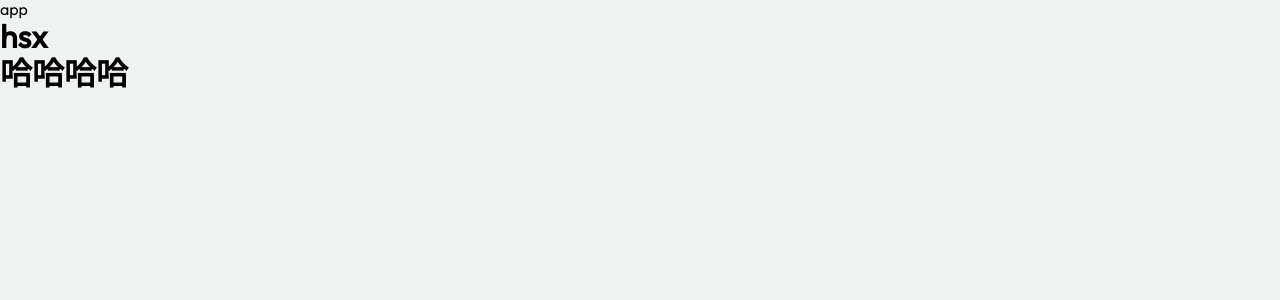
Repository: changesxxx/calendar
Page: /
These files come from the project's save history. The page is drawn as it stood at one moment and after the next save; the edit follows.
The browser window is 1280 px wide. The pictures show the whole page.
The project was rebuilt for these pictures with package versions that can differ from the ones it lists, and the page was loaded fresh each time. Also part of the build but not shown: craco.config.js.

Above is the page before, as saved 2024-06-26 17:26:30.

### public/index.html
<!DOCTYPE html>
<html lang="en">

<head>
  <meta charset="utf-8" />
  <link rel="icon" href="%PUBLIC_URL%/favicon.ico" />
  <meta name="viewport" content="width=device-width, initial-scale=1" />
  <meta name="theme-color" content="#000000" />
  <meta name="description" content="Web site created using create-react-app" />
  <link rel="apple-touch-icon" href="%PUBLIC_URL%/logo192.png" />
  <!--
      manifest.json provides metadata used when your web app is installed on a
      user's mobile device or desktop. See https://developers.google.com/web/fundamentals/web-app-manifest/
    -->
  <link rel="manifest" href="%PUBLIC_URL%/manifest.json" />
  <!--
      Notice the use of %PUBLIC_URL% in the tags above.
      It will be replaced with the URL of the `public` folder during the build.
      Only files inside the `public` folder can be referenced from the HTML.

      Unlike "/favicon.ico" or "favicon.ico", "%PUBLIC_URL%/favicon.ico" will
      work correctly both with client-side routing and a non-root public URL.
      Learn how to configure a non-root public URL by running `npm run build`.
    -->
  <title>SearchBooks</title>
</head>

<body>
  <noscript>You need to enable JavaScript to run this app.</noscript>
  <div id="root"></div>
  <!--
      This HTML file is a template.
      If you open it directly in the browser, you will see an empty page.

      You can add webfonts, meta tags, or analytics to this file.
      The build step will place the bundled scripts into the <body> tag.

      To begin the development, run `npm start` or `yarn start`.
      To create a production bundle, use `npm run build` or `yarn build`.
    -->
</body>

</html>

### src/index.js
import React from 'react'

import ReactDOM from 'react-dom/client'

//css重置
import 'normalize.css'
import '@/assets/css/index.css'

import App from './App'

const root = ReactDOM.createRoot(document.getElementById('root'))

root.render(<App />)

### src/assets/css/index.css
@import './reset.css';
@import './common.css';

### src/App.jsx
import React, { memo } from 'react'

const App = memo(() => {
  return (
    <div>
      app
      <h1>hsx</h1>
      <h1>哈哈哈哈</h1>
    </div>
  )
})

export default App

### src/assets/css/reset.css
/* 样式的重置 */
body,
html,
h1,
h2,
h3,
h4,
h5,
h6,
ul,
ol,
li,
dl,
dt,
dd,
header,
menu,
section,
p,
input,
td,
th,
ins {
  padding: 0;
  margin: 0;
}

ul,
ol,
li {
  list-style: none;
}

a {
  text-decoration: none;
  color: #666;
}

a:hover {
  color: #666;
  text-decoration: underline;
}

i,
em {
  font-style: normal;
}

input,
textarea,
button,
select,
a {
  outline: none;
  border: none;
}

table {
  border-collapse: collapse;
  border-spacing: 0;
}

img {
  border: none;
  vertical-align: middle;
}

### src/assets/css/common.css
body {
  background-color: #eff2f1;
  font-family: Outfit-Regular, 'Microsoft Yahei';
}

@font-face {
  font-family: Outfit-Regular;
  src: url('../font/Outfit-Regular.ttf');
}

After the next save:
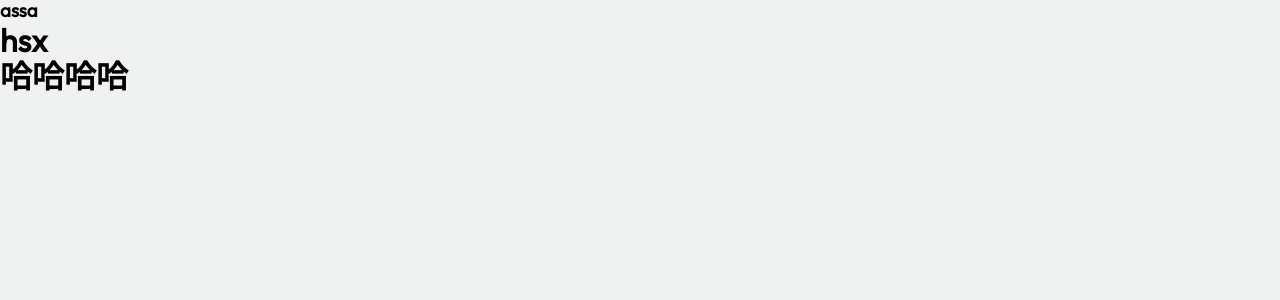
Saved 10 s later.
--- a/src/App.jsx
+++ b/src/App.jsx
@@ -3,7 +3,7 @@ import React, { memo } from 'react'
 const App = memo(() => {
   return (
     <div>
-      app
+      <h3>assa</h3>
       <h1>hsx</h1>
       <h1>哈哈哈哈</h1>
     </div>
